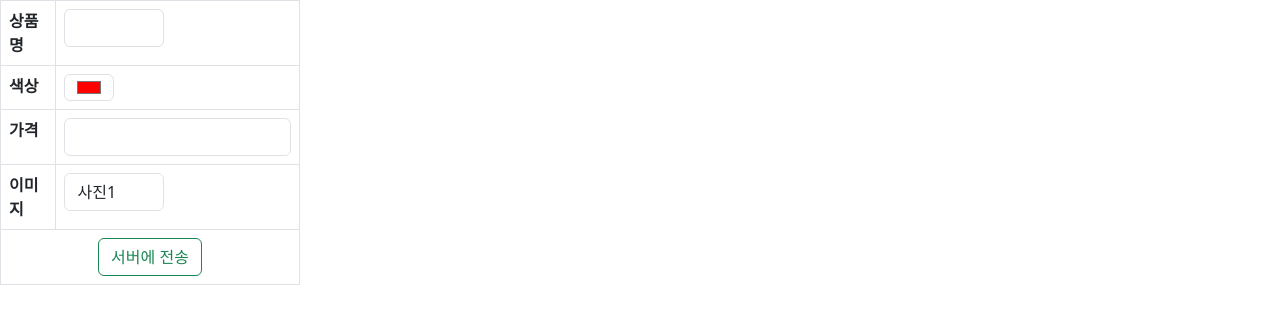
Repository: ssung2sin/sist0615_spring
Page: http://localhost/SpringMvcRead5/naver/form2
The author's editor kept a copy of each file at every save. The page is drawn from the files as they stood at one save, then again after the next save.
The browser window is 1280 px wide. The pictures show the whole page.
Some web fonts or font styles are not loaded; a fallback is used. The page is served by Tomcat 9. Other server files are loaded and not shown.

Above is the page before, as saved 2023-10-10 06:47:22.

### SpringMvcRead5/src/main/webapp/WEB-INF/day1010/form2.jsp
<%@ page language="java" contentType="text/html; charset=UTF-8"
    pageEncoding="UTF-8"%>
<%@ taglib uri="http://java.sun.com/jsp/jstl/core" prefix="c"%>
<%@ taglib uri="http://java.sun.com/jsp/jstl/fmt" prefix="fmt"%>
<!DOCTYPE html>
<html>
<head>
<meta charset="UTF-8">
<link href="https://cdn.jsdelivr.net/npm/bootstrap@5.3.0/dist/css/bootstrap.min.css" rel="stylesheet">
<link href="https://fonts.googleapis.com/css2?family=Dongle:wght@300&family=Gaegu:wght@300&family=Nanum+Pen+Script&family=Sunflower:wght@300&display=swap" rel="stylesheet">
<script src="https://code.jquery.com/jquery-3.7.0.js"></script>
<title>Insert title here</title>
</head>
<body>
<form action="read2" method="post">
	<table class="table table-bordered" style="width: 300px;">
		<tr>
			<th wid>상품명</th>
			<td><input type="text" class="form-control" name="sang" style="width:100px;"></td>
		</tr>
		<tr>
			<th>색상</th>
			<td>
				<input type="color" name="color" value="#ff0000" class="form-control" style="width: 50px;">
			</td>
		</tr>
		<tr>
			<th>가격</th>
			<td>
				<input type="text" name="price" class="form-control">
			</td>
		</tr>
		<tr>
			<th>이미지</th>
			<td>
				<select name="image" class="form-control" style="width: 100px;">
					<option value="b1">사진1</option>
					<option value="b2">사진2</option>
					<option value="b3">사진3</option>
					<option value="b4">사진4</option>
					<option value="b5">사진5</option>
				</select>
			</td>
		</tr>
		<tr>
			<td colspan="2" align="center"><button type="submit" class="btn btn-outline-success">서버에 전송</button></td>
		</tr>
	</table>
</form>
</body>
</html>

After the next save:
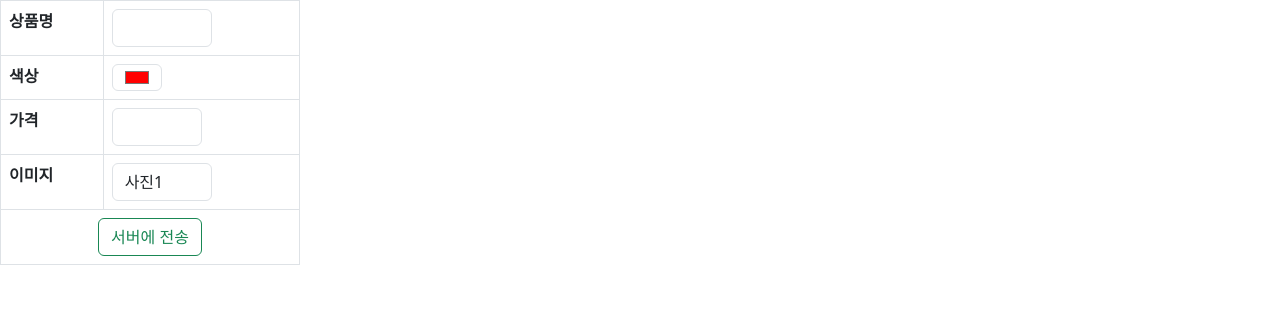
Saved 21 s later.
--- a/SpringMvcRead5/src/main/webapp/WEB-INF/day1010/form2.jsp
+++ b/SpringMvcRead5/src/main/webapp/WEB-INF/day1010/form2.jsp
@@ -27,7 +27,7 @@
 		<tr>
 			<th>가격</th>
 			<td>
-				<input type="text" name="price" class="form-control">
+				<input type="text" name="price" class="form-control" style="width: 90px;">
 			</td>
 		</tr>
 		<tr>
